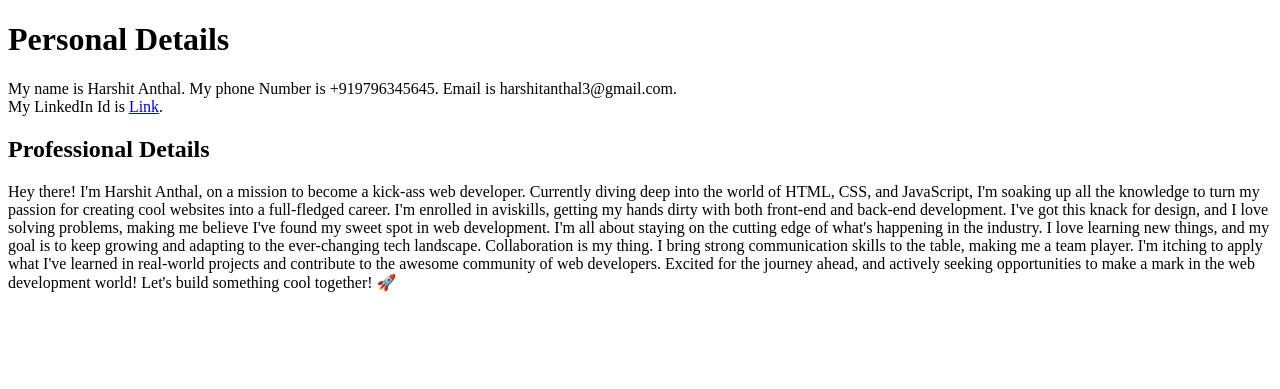
Repository: harshitanthal1/assignments_avisoft
Page: 31-01-2024/Assignment_1/index.html
The author's editor kept a copy of each file at every save. The page is drawn from the files as they stood at one save, then again after the next save.
The browser window is 1280 px wide. The pictures show the whole page.

Above is the page before, as saved 2024-01-31 13:03:42.

### 31-01-2024/Assignment_1/index.html
<!DOCTYPE html>
<html lang="en">
<head>
    <meta charset="UTF-8">
    <meta name="viewport" content="width=device-width, initial-scale=1.0">
    <title>Bio Data</title>
</head>
<body>
    <main>
        <h1>Personal Details</h1>
        <p>
            My name is Harshit Anthal. My phone Number is +919796345645. Email  is harshitanthal3@gmail.com.<br />
            My LinkedIn Id is <a href="https://www.linkedin.com/in/harshit-anthal-688290253/">Link</a>.
        </p>
    </main>
    <div>
        <h2>Professional Details</h2>
        <p>
            Hey there! I'm Harshit Anthal, on a mission to become a kick-ass web developer. Currently diving deep into the world of HTML, CSS, and JavaScript, I'm soaking up all the knowledge to turn my passion for creating cool websites into a full-fledged career.

            I'm enrolled in aviskills, getting my hands dirty with both front-end and back-end development. I've got this knack for design, and I love solving problems, making me believe I've found my sweet spot in web development.

            I'm all about staying on the cutting edge of what's happening in the industry. I love learning new things, and my goal is to keep growing and adapting to the ever-changing tech landscape.

            Collaboration is my thing. I bring strong communication skills to the table, making me a team player. I'm itching to apply what I've learned in real-world projects and contribute to the awesome community of web developers.

            Excited for the journey ahead, and actively seeking opportunities to make a mark in the web development world! Let's build something cool together! 🚀
        </p>

    </div>
</body>
</html>

After the next save:
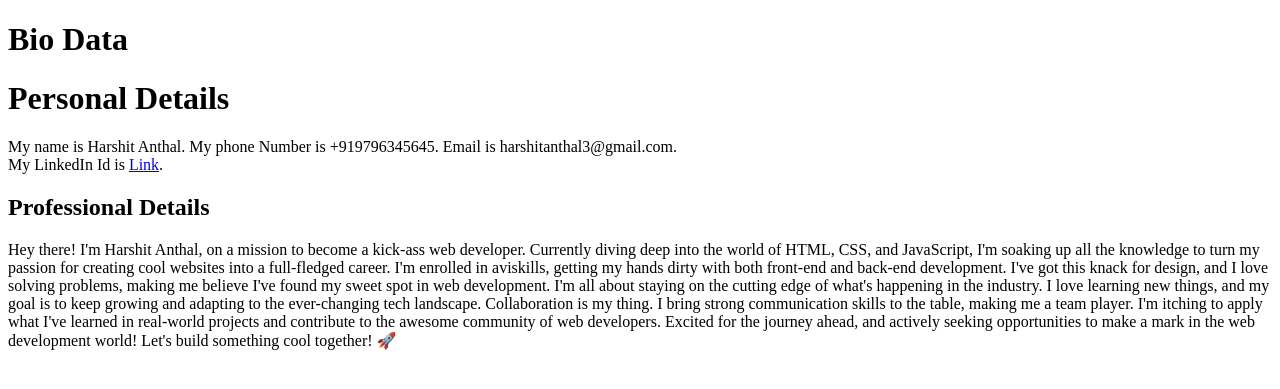
Saved 27 s later.
--- a/31-01-2024/Assignment_1/index.html
+++ b/31-01-2024/Assignment_1/index.html
@@ -6,6 +6,9 @@
     <title>Bio Data</title>
 </head>
 <body>
+    <header>
+        <h1>Bio Data</h1>
+    </header>
     <main>
         <h1>Personal Details</h1>
         <p>
